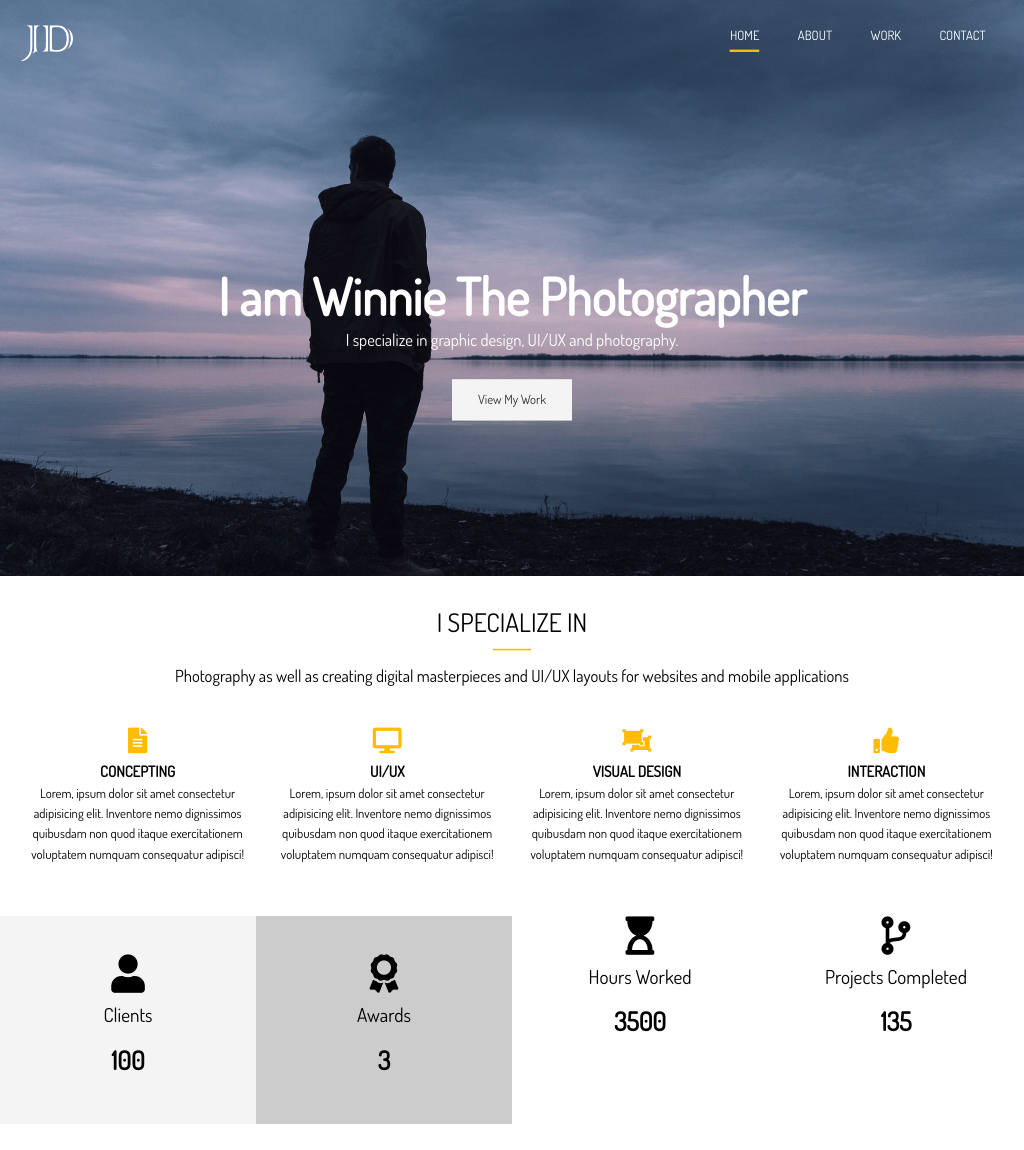
Repository: minhtien9/Portfolio_Website
Page: diet/index.html
These files come from the project's save history. The page is drawn as it stood at one moment and after the next save; the edit follows.
The browser window is 1280 px wide. The pictures show the whole page, at 80% of full size.

Above is the page before, as saved 2021-08-28 22:15:21.

### diet/index.html
<!DOCTYPE html>
<html lang="en">
  <head>
    <meta charset="UTF-8" />
    <meta http-equiv="X-UA-Compatible" content="IE=edge" />
    <meta name="viewport" content="width=device-width, initial-scale=1.0" />
    <link
      rel="stylesheet"
      href="https://cdnjs.cloudflare.com/ajax/libs/font-awesome/5.15.4/css/all.min.css"
      integrity="sha512-1ycn6IcaQQ40/MKBW2W4Rhis/DbILU74C1vSrLJxCq57o941Ym01SwNsOMqvEBFlcgUa6xLiPY/NS5R+E6ztJQ=="
      crossorigin="anonymous"
      referrerpolicy="no-referrer"
    />
    <link
      href="https://fonts.googleapis.com/css2?family=Dosis&display=swap"
      rel="stylesheet"
    />
    <link rel="stylesheet" href="css/style.css" />
    <title>John Doe || UI/UX Designer & Photographer</title>
  </head>
  <body>
    <!-- Header -->
    <header id="header-home">
      <div class="container">
        <nav id="main-nav">
          <img src="img/logo.png" alt="My Portfolio" id="logo" />
          <ul>
            <li><a href="index.html" class="current">Home</a></li>
            <li><a href="about.html">About</a></li>
            <li><a href="work.html">Work</a></li>
            <li><a href="contact.html">Contact</a></li>
          </ul>
        </nav>
        <div class="header-content">
          <h1>
            I am Winnie The Photographer
            <span
              class="txt-type"
              data-wait="3000"
              data-works='["Photographer","Designer","IU/IX Dev"]'
            ></span>
          </h1>
          <p class="lead">
            I specialize in graphic design, UI/UX and photography.
          </p>
          <a href="work.html" class="btn-light">View My Work</a>
        </div>
      </div>
    </header>
    <!-- Section A: Specialize -->
    <section id="home-a" class="text-center py-2">
      <div class="container">
        <h2 class="section-title">I Specialize In</h2>
        <div class="bottom-line"></div>
        <p class="lead">
          Photography as well as creating digital masterpieces and UI/UX layouts
          for websites and mobile applications
        </p>
        <div class="specials">
          <div>
            <i class="fas fa-file-alt fa-2x"></i>
            <h3>Concepting</h3>
            <p>
              Lorem, ipsum dolor sit amet consectetur adipisicing elit.
              Inventore nemo dignissimos quibusdam non quod itaque
              exercitationem voluptatem numquam consequatur adipisci!
            </p>
          </div>
          <div>
            <i class="fas fa-desktop fa-2x"></i>
            <h3>UI/UX</h3>
            <p>
              Lorem, ipsum dolor sit amet consectetur adipisicing elit.
              Inventore nemo dignissimos quibusdam non quod itaque
              exercitationem voluptatem numquam consequatur adipisci!
            </p>
          </div>
          <div>
            <i class="fas fa-object-ungroup fa-2x"></i>
            <h3>Visual Design</h3>
            <p>
              Lorem, ipsum dolor sit amet consectetur adipisicing elit.
              Inventore nemo dignissimos quibusdam non quod itaque
              exercitationem voluptatem numquam consequatur adipisci!
            </p>
          </div>
          <div>
            <i class="fas fa-thumbs-up fa-2x"></i>
            <h3>Interaction</h3>
            <p>
              Lorem, ipsum dolor sit amet consectetur adipisicing elit.
              Inventore nemo dignissimos quibusdam non quod itaque
              exercitationem voluptatem numquam consequatur adipisci!
            </p>
          </div>
        </div>
      </div>
    </section>

    <!-- Section B: Stats -->
    <section id="home-b" class="text-center py-2">
      <div class="stats">
        <div>
          <ul>
            <li><i class="fas fa-user fa-3x"></i></li>
            <li class="stats-title">Clients</li>
            <li class="stats-number">100</li>
          </ul>
        </div>
         <div>
            <ul>
            <li><i class="fas fa-award fa-3x"></i></li>
            <li class="stats-title">Awards</li>
            <li class="stats-number">3</li>
          </ul>
         </div>
          <ul>
            <li><i class="fas fa-hourglass-start fa-3x"></i></li>
            <li class="stats-title">Hours Worked</li>
            <li class="stats-number">3500</li>
          </ul>
          <ul>
            <li><i class="fas fa-code-branch fa-3x"></i></li>
            <li class="stats-title">Projects Completed</li>
            <li class="stats-number">135</li>
          </ul>
        </div>
      </div>
    </section>
    <!-- <script src="js/typewriter.js"></script> -->
  </body>
</html>

### diet/css/style.css
.container {
  max-width: 1280px;
  padding: 0 1.5rem;
  margin: auto;
  overflow: hidden;
}

.btn-dark, .btn-light, .btn-main {
  display: inline-block;
  padding: 0.8rem 2rem;
  transition: all 0.5s;
  border: none;
  cursor: pointer;
}

.btn-main {
  color: #333;
  background-color: #ffbc00;
}
.btn-light {
  color: #333;
  background-color: #f4f4f4;
}
.btn-dark {
  color: #f4f4f4;
  background-color: #333;
}

button[class^=btn-]:hover,
a[class^=btn-]:hover,
input[class^=btn-]:hover {
  background-color: #ffbc00;
}

.bg-main {
  background: #ffbc00;
  color: #fff;
}
.bg-dark {
  background: #333;
  color: #fff;
}
.bg-light {
  background: #f4f4f4;
  color: #000;
}
.bg-medium {
  background: #ccc;
  color: #000;
}

.lead {
  font-size: 1.3rem;
  margin-bottom: 2rem;
}

.text-center {
  text-align: center;
}

.py-1 {
  padding: 1rem 0;
}
.py-2 {
  padding: 2rem 0;
}
.py-3 {
  padding: 3rem 0;
}
.py-4 {
  padding: 4rem 0;
}

.ny-1 {
  margin: 1rem 0;
}
.ny-2 {
  margin: 2rem 0;
}
.ny-3 {
  margin: 3rem 0;
}
.ny-4 {
  margin: 4rem 0;
}

.section-title {
  font-size: 2rem;
  display: block;
  padding-bottom: 0.5rem;
  text-align: center;
  font-weight: 100;
  text-transform: uppercase;
}

.bottom-line {
  height: 2px;
  width: 3rem;
  background: #ffbc00;
  display: block;
  margin: 0 auto 1rem auto;
}

.items {
  display: grid;
  grid-template-columns: repeat(3, 1fr);
  box-shadow: 0 5px 10px 0 rgba(0, 0, 0, 0.3);
}

.item {
  position: relative;
  background: #ffbc00;
  overflow: hidden;
}
.item:after {
  content: "";
  position: absolute;
  display: block;
  background: inherit;
  opacity: 0.9;
  top: 0;
  left: 0;
  width: 100%;
  height: 100%;
  transform: scale(2) translateX(-75%) translateY(-75%) rotate(-28deg);
  transition: transform 3s cubic-bezier(0.2, 1, 0.3, 1);
}
.item:hover:after {
  transform: scale(2) translateX(0) translateY(0) rotate(-28deg);
}
.item:hover .item-image {
  transform: scale(1.2);
}
.item:hover .item-text {
  opacity: 1;
  transform: translateY(0);
}
.item-image {
  height: auto;
  transform: translateZ(0);
  display: block;
  transition: transform 750ms cubic-bezier(0.2, 1, 0.3, 1);
}
.item-image:before {
  content: "";
  display: block;
  padding-top: 75%;
  overflow: hidden;
}
.item-image img {
  position: absolute;
  top: 0;
  left: 0;
  width: 100%;
  height: auto;
  line-height: 0;
}
.item-text {
  position: absolute;
  top: 0;
  left: 0;
  bottom: 0;
  right: 0;
  opacity: 0;
  text-align: center;
  z-index: 1;
  color: #fff;
  transform: translateY(-20%);
  transition: opacity 500ms cubic-bezier(0.2, 1, 0.3, 1), transform 500ms cubic-bezier(0.2, 1, 0.3, 1);
  transition-delay: 300ms;
}
.item-text-wrap {
  position: absolute;
  width: 100%;
  top: 50%;
  transform: translateY(-50%);
}
.item-text-title {
  font-size: 2rem;
  padding: 0 1rem;
  margin: 5px 0 0 0;
}
.item-text-category {
  text-transform: uppercase;
  font-size: 1.2rem;
  opacity: 0.7;
  margin: 0;
}

* {
  margin: 0;
  padding: 0;
}

body {
  font-family: "Dosis", sans-serif;
  line-height: 1.6;
  background: #fff;
}

a {
  text-decoration: none;
  color: #333;
}

ul {
  list-style: none;
}

h2,
h3,
h4 {
  text-transform: uppercase;
}

img {
  width: 100%;
}

#logo {
  width: 70px;
  height: 70px;
  color: #fff;
  text-transform: uppercase;
}

#main-nav {
  display: flex;
  justify-content: space-between;
  padding-top: 1rem;
}
#main-nav ul {
  display: flex;
}
#main-nav li {
  padding: 1rem 1.5rem;
}
#main-nav a {
  text-decoration: none;
  color: #fff;
  text-transform: uppercase;
  border-bottom: 3px transparent solid;
  padding-bottom: 0.5rem;
  transition: border-color 0.5s;
}
#main-nav a:hover {
  border-color: #ccc;
}
#main-nav a.current {
  border-color: #ffbc00;
}

#header-home {
  background: url("../img/showcase.jpg") no-repeat center right/cover;
  height: 100vh;
  color: #fff;
}
#header-home .header-content {
  text-align: center;
  padding-top: 20%;
}
#header-home .header-content h1 {
  font-size: 4rem;
  line-height: 1.2;
}
#header-inner {
  background: url("../img/showcase.jpg") no-repeat 20% 30%/cover;
  height: 5.5rem;
  border-bottom: 3px solid #ffbc00;
}

#home-a .specials {
  margin-top: 3rem;
  display: grid;
  grid-gap: 1rem;
  grid-template-columns: repeat(4, 1fr);
}
#home-a .specials .fas {
  color: #ffbc00;
  padding-bottom: 0.4rem;
}
#home-b .stats {
  display: grid;
  grid-template-columns: repeat(4, 1fr);
}
#home-b .stats li {
  line-height: 2;
}
#home-b .stats li.stats-title {
  font-size: 1.5rem;
}
#home-b .stats li.stats-number {
  font-size: 2rem;
  font-weight: bold;
}
#home-b .stats div {
  padding: 3rem 0;
}
#home-b .stats div:nth-child(odd) {
  background: #f4f4f4;
}
#home-b .stats div:nth-child(even) {
  background: #ccc;
}
#home-c .process {
  display: grid;
  grid-template-columns: repeat(4, 1fr);
  grid-gap: 1.5rem;
  text-align: center;
}
#home-c .process-step {
  position: absolute;
  top: 0;
  right: 0;
  font-size: 28px;
  background: #ffbc00;
  color: #fff;
  border-radius: 50%;
  height: 15px;
  width: 15px;
  line-height: 15px;
  padding: 1rem;
  transition: all 1s;
}
#home-c .process-icon {
  border-radius: 50%;
  background: #333;
  color: #fff;
  padding: 2rem;
  width: 70px;
  height: 70px;
  line-height: 70px;
  text-align: center;
  position: relative;
  transition: all 1s;
}
#home-c .process-icon:hover {
  background: #ffbc00;
  width: 90px;
  height: 90px;
  line-height: 90px;
}
#home-c .process-icon:hover .process-step {
  background: #333;
  color: #fff;
}

#about-a .about-info {
  display: grid;
  grid-template-areas: "bioimage bio bio" "aw1 aw2 aw3";
  grid-gap: 1.2rem;
}
#about-a .bio-image {
  grid-area: bioimage;
}
#about-a .bio {
  grid-area: bio;
  border-left: 3px solid #ffbc00;
  padding: 0.8rem;
}
#about-a .award-1 {
  grid-area: aw1;
}
#about-a .award-2 {
  grid-area: aw2;
}
#about-a .award-3 {
  grid-area: aw3;
}
#about-a .award-1 .fas,
#about-a .award-2 .fas,
#about-a .award-3 .fas {
  color: #ffbc00;
  margin: 1rem;
}
#about-b .progress {
  overflow: hidden;
  height: 20px;
  background: #ccc;
  border-radius: 5px;
  margin-bottom: 0.6rem;
}
#about-b .progress div {
  height: 100%;
  color: #fff;
  text-align: center;
  background: #ffbc00;
}
#about-c .about-logos {
  display: grid;
  grid-template-columns: repeat(4, 1fr);
  grid-gap: 2rem;
}
#about-c .about-logos img {
  width: 70%;
}
#about-d .testimonials {
  display: grid;
  grid-template-columns: repeat(4, 1fr);
  grid-gap: 0.5rem;
}
#about-d .testimonials ul {
  list-style: none;
  margin-top: 1rem;
  display: flex;
  align-items: center;
}
#about-d .testimonials p {
  border: 1px solid #ccc;
  border-radius: 5px;
  padding: 0.5rem;
}
#about-d .testimonials img {
  width: 50px;
  height: 50px;
  border-radius: 50%;
  margin-right: 0.5rem;
}

#contact-a .text-fields {
  display: grid;
  grid-template-areas: "name email" "subject phone" "message message";
  grid-gap: 1.2rem;
  margin-bottom: 1.2rem;
}
#contact-a .text-fields .name-input {
  grid-area: name;
}
#contact-a .text-fields .subject-input {
  grid-area: subject;
}
#contact-a .text-fields .email-input {
  grid-area: email;
}
#contact-a .text-fields .phone-input {
  grid-area: phone;
}
#contact-a .text-fields .message-input {
  grid-area: message;
  height: 100px;
}
#contact-a .text-fields .text-input {
  padding: 0.5rem 1rem;
}
#contact-a button[type=submit] {
  width: 50%;
}
#contact-b .contact-info {
  display: grid;
  grid-template-columns: repeat(3, 1fr);
  text-align: center;
}
#contact-c h1 {
  text-align: center;
  font-size: 4rem;
}

#main-footer {
  background: #333;
  color: #fff;
  height: 5rem;
}
#main-footer .footer-content {
  display: flex;
  justify-content: space-between;
  height: 5rem;
  align-items: center;
}
#main-footer .footer-content .social .fab {
  margin-right: 1rem;
  border: 2px solid #fff;
  border-radius: 50%;
  height: 20px;
  width: 20px;
  line-height: 20px;
  text-align: center;
  padding: 0.5rem;
}
#main-footer .footer-content .social .fab:hover {
  background: #ffbc00;
  cursor: pointer;
}

@media (max-width: 800px) {
  #header-home {
    height: 30rem;
  }
  #header-home .header-content {
    padding-top: 5rem;
  }
}
@media (max-width: 500px) {
  #main-nav {
    flex-direction: column;
    align-items: center;
  }
  #main-nav li {
    padding: 1rem;
  }

  #header-home {
    height: 10rem;
    border-bottom: 3px solid #ffbc00;
    background-position: 20% 30%;
  }
  #header-home .header-content {
    display: none;
  }
  #header-inner {
    height: 10rem;
  }

  #home-a .specials,
#home-b .stats,
#home-c .process,
#about-d .testimonials,
#contact-b .contact-info,
.items {
    grid-template-columns: 1fr;
  }

  #home-a .specials div {
    border-bottom: 1px #f4f4f4 solid;
    padding-bottom: 1rem;
  }
  #home-a .specials div:last-child {
    border: none;
    padding-bottom: 0;
  }
  #home-b .stats div {
    padding: 2rem 0 1rem 0;
  }

  #about-a .about-info {
    grid-template-areas: "bioimage" "bio" "aw1" "aw2" "aw3";
  }
  #about-c {
    display: none;
  }

  #contact-a .text-fields {
    grid-template-areas: "name" "subject" "email" "phone" "message";
  }
  #contact-b div {
    margin-bottom: 1rem;
    padding-bottom: 1rem;
    border-bottom: 1px solid #555;
  }
  #contact-b div:last-child {
    border: none;
    margin-bottom: 0;
    padding-bottom: 0;
  }
  #contact-c h1 {
    font-size: 2rem;
  }

  #main-footer {
    height: 7rem;
  }
  #main-footer .footer-content {
    flex-direction: column;
    padding: 1rem;
    height: 5rem;
  }
}
@media (max-height: 580px) {
  #header-home .header-content {
    padding-top: 3rem;
  }
}
@media (max-height: 330px) {
  #header-home .header-content h1 {
    font-size: 2rem;
  }
}

/*# sourceMappingURL=style.css.map */

After the next save:
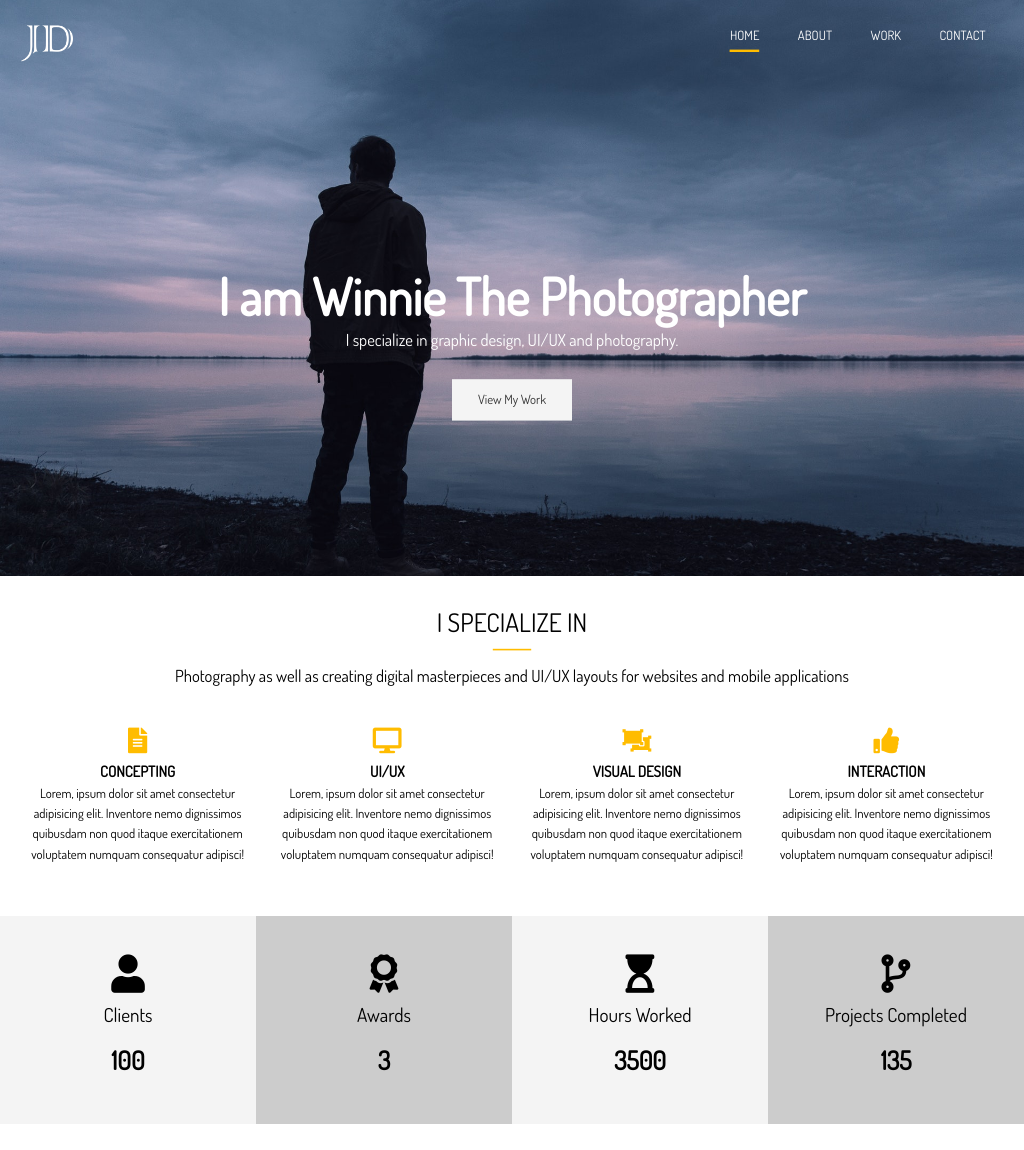
Saved 22 s later.
--- a/diet/index.html
+++ b/diet/index.html
@@ -107,18 +107,21 @@
             <li class="stats-number">100</li>
           </ul>
         </div>
-         <div>
-            <ul>
+        <div>
+          <ul>
             <li><i class="fas fa-award fa-3x"></i></li>
             <li class="stats-title">Awards</li>
             <li class="stats-number">3</li>
           </ul>
-         </div>
+        </div>
+        <div>
           <ul>
             <li><i class="fas fa-hourglass-start fa-3x"></i></li>
             <li class="stats-title">Hours Worked</li>
             <li class="stats-number">3500</li>
           </ul>
+        </div>
+        <div>
           <ul>
             <li><i class="fas fa-code-branch fa-3x"></i></li>
             <li class="stats-title">Projects Completed</li>
